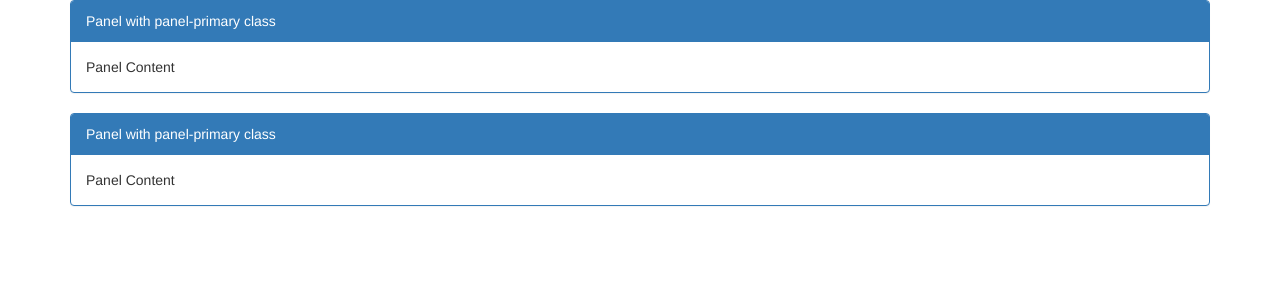
Repository: vivek9520/ITPfinal
Page: http://localhost/ITP/ReportMain.jsp
The author's editor kept a copy of each file at every save. The page is drawn from the files as they stood at one save, then again after the next save.
The browser window is 1280 px wide. The pictures show the whole page.
The page is served by Tomcat 9.

Above is the page before, as saved 2019-10-05 11:14:07.

### ITP 2/ITP/WebContent/ReportMain.jsp
<%@ page language="java" contentType="text/html; charset=UTF-8"
    pageEncoding="UTF-8"%>
<!DOCTYPE html>
<html>
<head>
<meta charset="UTF-8">
<title>Main Report</title>
<meta charset="utf-8">
  <meta name="viewport" content="width=device-width, initial-scale=1">
  <link rel="stylesheet" href="https://maxcdn.bootstrapcdn.com/bootstrap/3.4.0/css/bootstrap.min.css">
  <script src="https://ajax.googleapis.com/ajax/libs/jquery/3.4.1/jquery.min.js"></script>
  <script src="https://maxcdn.bootstrapcdn.com/bootstrap/3.4.0/js/bootstrap.min.js"></script>

</head>
<body>
<div class="container">
 <div class="panel panel-primary">
      <div class="panel-heading">Panel with panel-primary class</div>
      <div class="panel-body">Panel Content</div>
    </div>

     <div class="panel panel-primary">
      <div class="panel-heading">Panel with panel-primary class</div>
      <div class="panel-body">Panel Content</div>
    </div>
 </div>
</body>
</html>

After the next save:
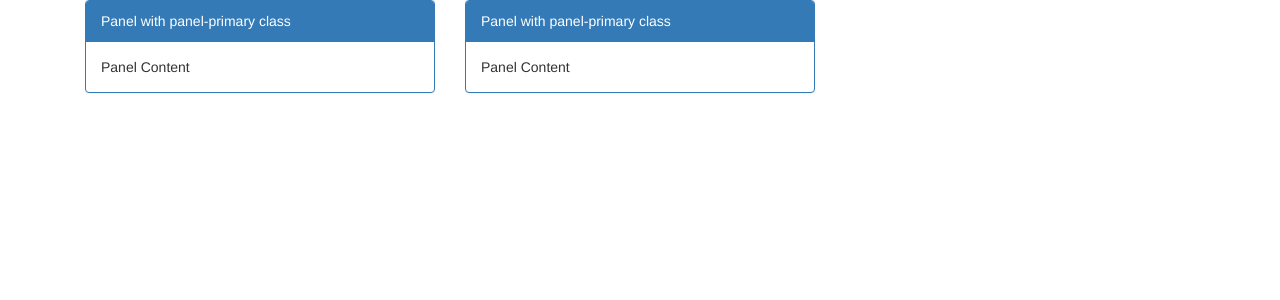
Saved 102 s later.
--- a/ITP 2/ITP/WebContent/ReportMain.jsp
+++ b/ITP 2/ITP/WebContent/ReportMain.jsp
@@ -14,15 +14,19 @@
 </head>
 <body>
 <div class="container">
+<div class="col-md-4">
  <div class="panel panel-primary">
       <div class="panel-heading">Panel with panel-primary class</div>
       <div class="panel-body">Panel Content</div>
     </div>
+  </div>
 
+<div class="col-md-4">
      <div class="panel panel-primary">
       <div class="panel-heading">Panel with panel-primary class</div>
       <div class="panel-body">Panel Content</div>
     </div>
  </div>
+ </div>
 </body>
 </html>
